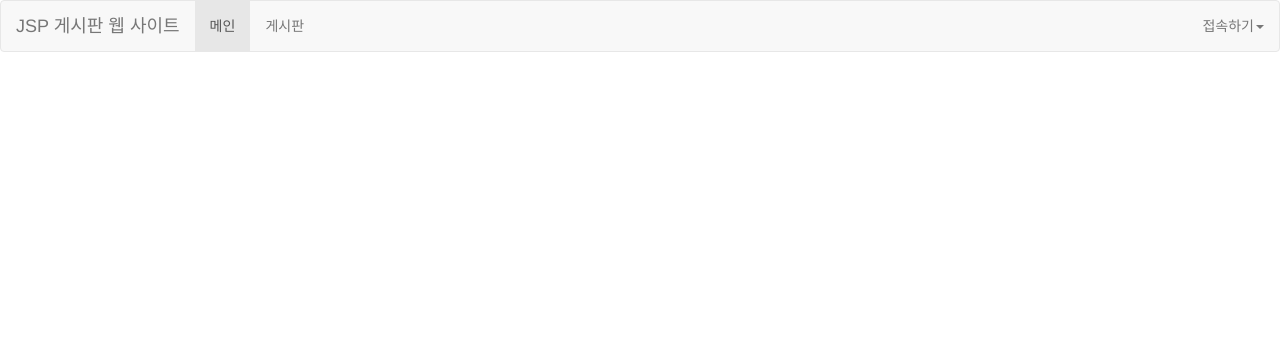
Repository: kkdk1116/JSP_Test
Page: http://localhost/BBS/bbs.jsp
The author's editor kept a copy of each file at every save. The page is drawn from the files as they stood at one save, then again after the next save.
The browser window is 1280 px wide. The pictures show the whole page.
Some web libraries are served in a nearby version. The page is served by Tomcat 9.

Above is the page before, as saved 2022-03-12 03:35:01.

After the next save:
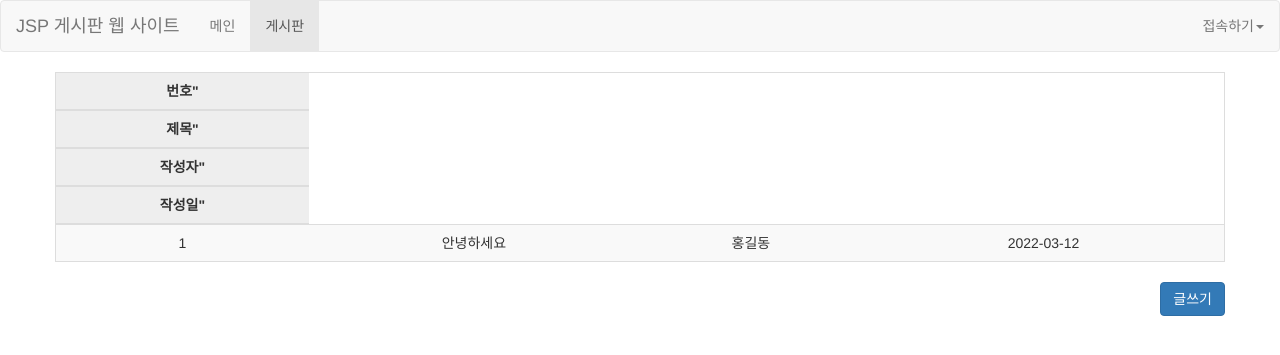
Saved 7 min 19 s later.
--- a/BBS/WebContent/bbs.jsp
+++ b/BBS/WebContent/bbs.jsp
@@ -29,12 +29,11 @@
 		</div>
 		<div class="collapse navbar-collapse" id="bs-example-navbar-collapse-1">
 			<ul class="nav navbar-nav">
-				<li class="active"><a href="main.jsp">메인</a></li>
-				<li><a href="bbs.jsp">게시판</a></li>
+				<li><a href="main.jsp">메인</a></li>
+				<li class="active"><a href="bbs.jsp">게시판</a></li>
 			</ul>
 			<%
 				if(userID == null) {
-
 			%>
 			<ul class="nav navbar-nav navbar-right">
 				<li class="dropdown">
@@ -65,6 +64,28 @@
 			%>
 		</div>
 	</nav>
+	<div class="container">
+		<div class="row">
+			<table class="table table-striped" style="text-align: center; border: 1px solid #dddddd">
+				<thead>
+					<tr>
+						<th style="background-color: #eeeeee; text-align: center;">번호"</tr>
+						<th style="background-color: #eeeeee; text-align: center;">제목"</tr>
+						<th style="background-color: #eeeeee; text-align: center;">작성자"</tr>
+						<th style="background-color: #eeeeee; text-align: center;">작성일"</tr>
+				</thead>
+				<tbody>
+					<tr>
+						<td>1</td>
+						<td>안녕하세요</td>
+						<td>홍길동</td>
+						<td>2022-03-12</td>
+					</tr>
+				</tbody>
+			</table>
+			<a href="write.jsp" class="btn btn-primary pull-right">글쓰기</a>
+		</div>
+	</div>
 	<script src="https://code.jquery.com/jquery-3.1.1.min.js"></script>
 	<script src="js/bootstrap.js"></script>
 </body>
